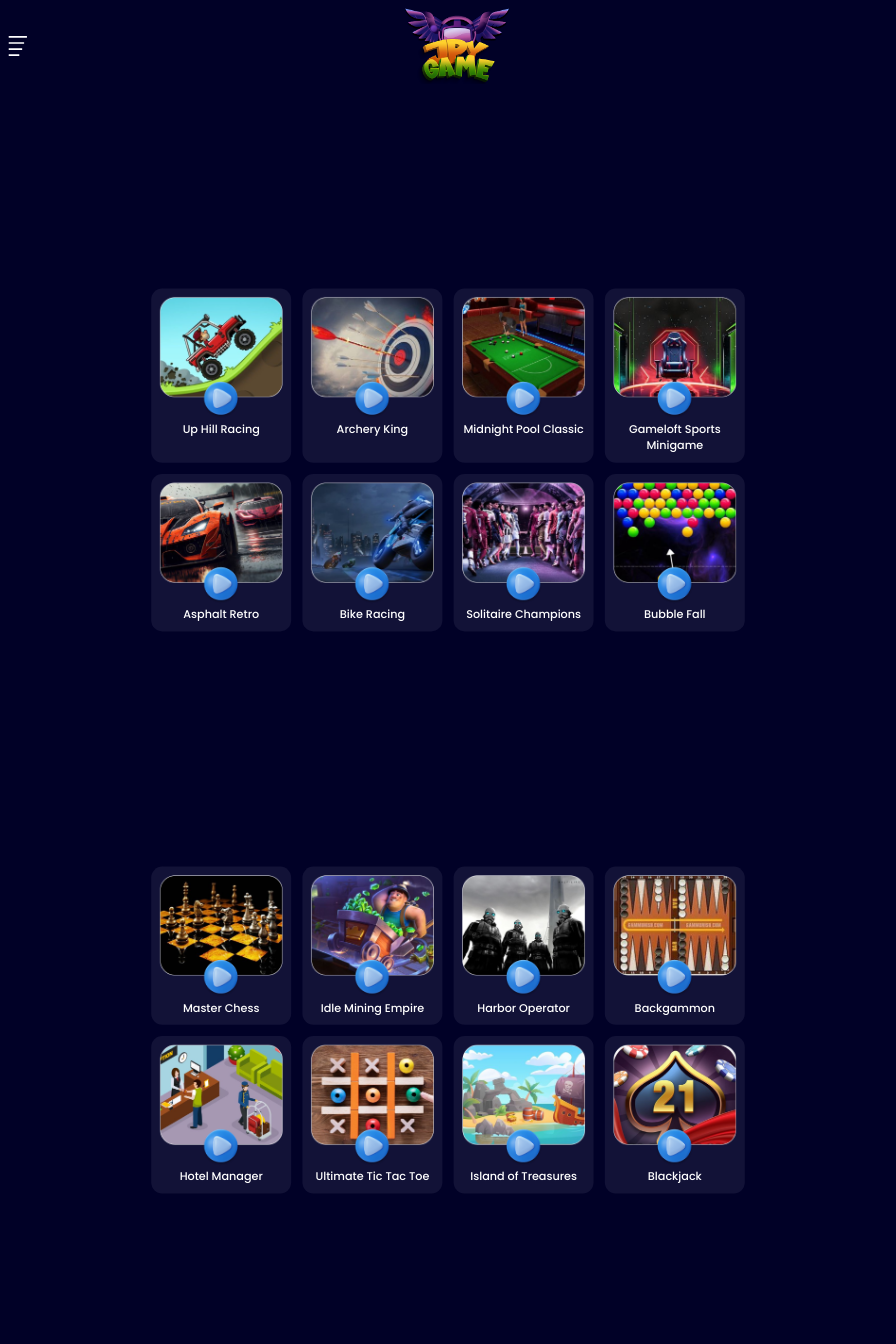
Repository: meenadabhii/jpygames.com
Page: http://localhost/
An editor plug-in stored every save of this project. The page is shown before and after the next save, followed by the edit.
The browser window is 1280 px wide. The pictures show the part of the page from y = 0 to 1920 px (the page is 7377 px tall before and 7329 px after), at 70% of full size.
Some web libraries are served in a nearby version. The page is served by the project's Node server (nodejs/app.js).

Above is the page before, as saved 2025-02-07 14:34:37.

### nodejs/views/home.ejs
<%- include('header') %>

<main class="max-w-[1024px] m-auto">
    <div class="px-3">
        <div class="px-2">

            <div id='div-gpt-ad-1720713994305-0' style='min-width: 336px; min-height: 280px;'>
                <script>
                  googletag.cmd.push(function() { googletag.display('div-gpt-ad-1720713994305-0'); });
                </script>
            </div>

            <div class="flex flex-wrap justify-center gap-4 pb-10">
                <% for (let i = 0; i < games.length; i++) {
                    const element = games[i];
                    %>
                    <div class="p-3 bg-[#121237] rounded-2xl max-w-[150px] sm:max-w-[200px]">
                        <img src="<%- element.img %>" alt="" class="rounded-xl w-full" loading="lazy">
                        <a href="/game/<%- element.slug %>">
                            <img src="./image/play_button.png" alt="" class="w-[60px] m-auto mt-[-25px]">
                        </a>
                        <div class="text-center text-[#ffffff] font-medium"><%- element.name %></div>
                    </div>
                    <%
                    if(i == 7){
                        %>
                        <div class="p-3 w-full">
                            <div id='div-gpt-ad-1720714168712-0' style='min-width: 336px; min-height: 280px;'>
                                <script>
                                    googletag.cmd.push(function() { googletag.display('div-gpt-ad-1720714168712-0'); });
                                </script>
                            </div>
                        </div>
                        <%
                    }
                    if(i == 15){
                        %>
                        <div class="p-3 w-full">
                            <div id='div-gpt-ad-1720714228348-0' style='min-width: 336px; min-height: 280px;'>
                                <script>
                                    googletag.cmd.push(function() { googletag.display('div-gpt-ad-1720714228348-0'); });
                                </script>
                            </div>
                        </div>
                        <%
                    }
                    if(i == 23){
                        %>
                        <div class="p-3 w-full">
                            <div id='div-gpt-ad-1720714287596-0' style='min-width: 336px; min-height: 280px;'>
                                <script>
                                    googletag.cmd.push(function() { googletag.display('div-gpt-ad-1720714287596-0'); });
                                </script>
                            </div>
                        </div>
                        <%
                    }
                    if(i == 31){
                        %>
                        <div class="p-3 w-full">
                            <div id='div-gpt-ad-1720714417761-0' style='min-width: 300px; min-height: 600px;'>
                                <script>
                                    googletag.cmd.push(function() { googletag.display('div-gpt-ad-1720714417761-0'); });
                                </script>
                            </div>
                        </div>
                        <%
                    }
                    if(i == 39){
                        %>
                        <div class="p-3 w-full">
                            <div id='div-gpt-ad-1720714467600-0' style='min-width: 300px; min-height: 600px;'>
                                <script>
                                    googletag.cmd.push(function() { googletag.display('div-gpt-ad-1720714467600-0'); });
                                </script>
                            </div>
                        </div>
                        <%
                    }
                } %>
            </div>
            <div id='div-gpt-ad-1720426313446-0' style='min-width: 300px; min-height: 600px;'>
                <script>
                    googletag.cmd.push(function() { googletag.display('div-gpt-ad-1720426313446-0'); });
                </script>
            </div>
        </div>
    </div>
</main>

<%- include('footer') %>

### nodejs/views/footer.ejs
<div id="loading-screen">
    <img src="/image/logo.png" alt="loding logo">
    <div class="spinner"></div>
</div>
<script>
    window.addEventListener('load', function(){
        const loadingScreen = document.getElementById('loading-screen');
        loadingScreen.classList.add('hidden');
    });
</script>
</body>
</html>

### nodejs/game.json
[
    {
        "slug":"up-hill-racing",
        "name":"Up Hill Racing",
        "img":"/image/uphillracing.png",
        "type":"sport",
        "url":"https://softgames.cdn.start.gg/9mw8rk6nb6kr/v2/index.html"
    },
    {
        "slug":"archery-king",
        "name":"Archery King",
        "img":"/image/archeryking.png",
        "type":"sport",
        "url":"https://codethislab.cdn.start.gg/9n5gkc4t7lzz/v19/index.html"
    },
    {
        "slug":"midnight-pool-classic",
        "name":"Midnight Pool Classic",
        "img":"/image/midnightpoolclassic.png",
        "type":"sport",
        "url":"https://poolrush.frvr.com/"
    },
    {
        "slug":"gameloft-sports-minigame",
        "name":"Gameloft Sports Minigame",
        "img":"/image/gameloftsportsminigame.png",
        "type":"action",
        "url":"https://cdn.ludigames.com/microsoft/start-gameloftSportsMinigameCollection/08-cdn/h5/gameloftSportsMinigameCollectionFree/play.html"
    },
    {
        "slug":"asphalt-retro",
        "name":"Asphalt Retro",
        "img":"/image/asphaltretro.png",
        "type":"sport",
        "url":"https://cdn.ludigames.com/microsoft/start-asphaltRetro/08-cdn/h5/asphaltRetroFree/"
    },
    {
        "slug":"bike-racing",
        "name":"Bike Racing",
        "img":"/image/bikeracing.png",
        "type":"sport",
        "url":"https://softgames.cdn.start.gg/9pjmwr3lfc0d/v5/index.html"
    },
    {
        "slug":"solitaire-champions",
        "name":"Solitaire Champions",
        "img":"/image/solitairechampions.png",
        "type":"sport",
        "url":"https://hammerplay.cdn.start.gg/9nf29519b076/v1/index.html"
    },
    {
        "slug":"bubble-fall",
        "name":"Bubble Fall",
        "img":"/image/bubblefall.png",
        "type":"arcade",
        "url":"https://html5.suncs.io/bubble-fall/msg/"
    },
    {
        "slug":"master-chess",
        "name":"Master Chess",
        "img":"/image/masterchess.png",
        "type":"arcade",
        "url":"https://codethislab.cdn.start.gg/9nrl2nj7l6s1/v6/index.html"
    },
    {
        "slug":"idle-mining-empire",
        "name":"Idle Mining Empire",
        "img":"/image/idleminingempire.png",
        "type":"action",
        "url":"https://marketjs.cdn.start.gg/9n3wz0fzx1hr/v27/index.html"
    },
    {
        "slug":"harbor-operator",
        "name":"Harbor Operator",
        "img":"/image/harboroperator.png",
        "type":"action",
        "url":"https://marketjs.cdn.start.gg/9pbd0qpb8kwz/v5/index.html"
    },
    {
        "slug":"backgammon",
        "name":"Backgammon",
        "img":"/image/backgammon.png",
        "type":"arcade",
        "url":"https://marketjs.cdn.start.gg/9n7mfxkl7w06/v5/index.html"
    },
    {
        "slug":"hotel-manager",
        "name":"Hotel Manager",
        "img":"/image/hotelmanager.png",
        "type":"arcade",
        "url":"https://codethislab.cdn.start.gg/9mt20fq1f5zj/v1/index.html"
    },
    {
        "slug":"ultimate-tic-tac-toe",
        "name":"Ultimate Tic Tac Toe",
        "img":"/image/ultimatetictactoe.png",
        "type":"arcade",
        "url":"https://codethislab.cdn.start.gg/9p4z7gtl3mlh/v9/index.html"
    },
    {
        "slug":"island-of-treasures",
        "name":"Island of Treasures",
        "img":"/image/islandoftreasures.png",
        "type":"action",
        "url":"https://hammerplay.cdn.start.gg/9pk306zzrpr5/v6/index.html"
    },
    {
        "slug":"blackjack",
        "name":"Blackjack",
        "img":"/image/blackjack.png",
        "type":"sport",
        "url":"https://codethislab.cdn.start.gg/9mt4hk2d6rcn/v1/index.html"
    },
    {
        "slug":"roulette-royale",
        "name":"Roulette Royale",
        "img":"/image/rouletteroyale.png",
        "type":"sport",
        "url":"https://codethislab.cdn.start.gg/9pmdqv93xn3r/v1/index.html"
    },
    {
        "slug":"mk48",
        "name":"Mk48",
        "img":"/image/mk48.png",
        "type":"action",
        "url":"https://microsoft.mk48.io/"
    },
    {
        "slug":"parking-block",
        "name":"Parking Block",
        "img":"/image/parking-block.png",
        "type":"sport",
        "url":"https://codethislab.cdn.start.gg/9mwhlgqzrsf2/v1/index.html"
    },
    {
        "slug":"code-bananas",
        "name":"Code Bananas",
        "img":"/image/code-bananas.png",
        "type":"action",
        "url":"https://marketjs.cdn.start.gg/9nt6qmtc0mnc/v3/index.html"
    },
    {
        "slug":"ball-drop",
        "name":"Ball Drop",
        "img":"/image/ball-drop.png",
        "type":"sport",
        "url":"https://marketjs.cdn.start.gg/9n5cr504q14r/v3/index.html"
    },
    {
        "slug":"stack-the-containers",
        "name":"Stack The Containers",
        "img":"/image/stack-the-containers.png",
        "type":"arcade",
        "url":"https://marketjs.cdn.start.gg/9pk2c9cd597r/v4/index.html"
    },
    {
        "slug":"secrets-of-charmland",
        "name":"Secrets of Charmland",
        "img":"/image/secrets-of-charmland.png",
        "type":"arcade",
        "url":"https://adventure.cleverappssg.com/publish/html5/msstart/"
    },
    {
        "slug":"stickman-brawl",
        "name":"Stickman Brawl",
        "img":"/image/stickman-brawl.png",
        "type":"arcade",
        "url":"https://marketjs.cdn.start.gg/9pmxzdnh0xcq/v9/index.html"
    },
    {
        "slug":"bricks-breaker-deluxe-crusher",
        "name":"Bricks Breaker Deluxe Crusher",
        "img":"/image/bricks-breaker-deluxe-crusher.png",
        "type":"arcade",
        "url":"https://playzool.com/games/bricksBreaker/"
    },
    {
        "slug":"planet-chaos",
        "name":"Planet Chaos",
        "img":"/image/planet-chaos.png",
        "type":"arcade",
        "url":"https://hammerplay.cdn.start.gg/9mtndqf7rjgg/v6/index.html"
    },
    {
        "slug":"sky-bridge-classic",
        "name":"Sky Bridge Classic",
        "img":"/image/sky-bridge-classic.png",
        "type":"arcade",
        "url":"https://cdn.ludigames.com/microsoft/start-skyBridge/09-cdn/h5/skyBridgeFree/"
    },
    {
        "slug":"jewel-academy",
        "name":"Jewel Academy",
        "img":"/image/jewel-academy.png",
        "type":"arcade",
        "url":"https://cdn.games.mobinozer.com/ext/msn/msn-jewel-academy/prod-msn/v7/"
    },
    {
        "slug":"tile-connect-master",
        "name":"Tile Connect Master",
        "img":"/image/tile-connect-master.png",
        "type":"arcade",
        "url":"https://tile-connect.sunfs.app/ms-games/"
    },
    {
        "slug":"4-pics-1-word",
        "name":"4 Pics 1 Word",
        "img":"/image/4-pics-1-word.png",
        "type":"arcade",
        "url":"https://start.4pics1word.app/"
    },
    {
        "slug":"candy-world-match3-mania",
        "name":"Candy World : match3 mania",
        "img":"/image/candy-world-match3-mania.png",
        "type":"arcade",
        "url":"https://playzool.com/games/candyWorldMM/"
    },
    {
        "slug":"spades",
        "name":"Spades",
        "img":"/image/spades.png",
        "type":"arcade",
        "url":"https://marketjs.cdn.start.gg/9n965bpl2zp1/v12/index.html"
    },
    {
        "slug":"candy-riddles-free-match-3-puzzle",
        "name":"Candy Riddles: Free Match 3 Puzzle",
        "img":"/image/candy-riddles-free-match-3-puzzle.png",
        "type":"arcade",
        "url":"https://riddles.labsystech.ru/publish/html5/msstart/"
    },
    {
        "slug":"fruit-chopper",
        "name":"Fruit Chopper",
        "img":"/image/fruit-chopper.png",
        "type":"arcade",
        "url":"https://hammerplay.cdn.start.gg/9n8wl40938mq/v1/index.html"
    },
    {
        "slug":"cricket-frvr",
        "name":"Cricket FRVR",
        "img":"/image/cricket-frvr.png",
        "type":"sport",
        "url":"https://cricket.frvr.com/"
    },
    {
        "slug":"rally-champion",
        "name":"Rally Champion",
        "img":"/image/rally-champion.png",
        "type":"sport",
        "url":"https://marketjs.cdn.start.gg/9pmdcq52j3hj/v1/index.html"
    },
    {
        "slug":"master-chess",
        "name":"Master Chess",
        "img":"/image/master-chess.png",
        "type":"arcade",
        "url":"https://codethislab.cdn.start.gg/9nrl2nj7l6s1/v12/index.html"
    },
    {
        "slug":"hunter-hitman",
        "name":"Hunter Hitman",
        "img":"/image/hunter-hitman.png",
        "type":"action",
        "url":"https://marketjs.cdn.start.gg/9n8bq7npxbfw/v9/index.html"
    },
    {
        "slug":"penalty-challenge-multiplayer",
        "name":"Penalty Challenge Multiplayer",
        "img":"/image/penalty-challenge-multiplayer.png",
        "type":"sport",
        "url":"https://codethislab.cdn.start.gg/9pm59hcfhbjx/v6/index.html"
    },
    {
        "slug":"bubbles",
        "name":"Bubbles",
        "img":"/image/bubbles.png",
        "type":"arcade",
        "url":"https://cdn.games.mobinozer.com/ext/msn/msn-bubbles/prod/v1/"
    },
    {
        "slug":"kite-play",
        "name":"Kite Play",
        "img":"/image/kite-play.png",
        "type":"action",
        "url":"https://cdn.ludigames.com/microsoft/start-kite/06-cdn/h5/kiteFree/play.html"
    },
    {
        "slug":"idle-hotel-empire",
        "name":"Idle Hotel Empire",
        "img":"/image/idle-hotel-empire.png",
        "type":"arcade",
        "url":"https://marketjs.cdn.start.gg/9n4rmz09hx1v/v7/index.html"
    },
    {
        "slug":"blockbuster-adventures-puzzle",
        "name":"BlockBuster: Adventures Puzzle",
        "img":"/image/blockbuster-adventures-puzzle.png",
        "type":"arcade",
        "url":"https://woodenblock.cleverappssg.com/publish/html5/msstart/"
    },
    {
        "slug":"ludo-classic-a-dice-game",
        "name":"Ludo classic : a dice game",
        "img":"/image/ludo-classic-a-dice-game.png",
        "type":"arcade",
        "url":"https://playzool.com/games/ludoClassicADG/"
    },
    {
        "slug":"basketball-all-stars",
        "name":"Basketball All Stars",
        "img":"/image/basketball-all-stars.png",
        "type":"sport",
        "url":"https://softgames.cdn.start.gg/9ndkp76s2h24/v10/index.html"
    },
    {
        "slug":"designville",
        "name":"Designville",
        "img":"/image/designville.png",
        "type":"arcade",
        "url":"https://ms-start.designville-merge.g.tapclap.com/"
    },
    {
        "slug":"darts-pro",
        "name":"Darts Pro",
        "img":"/image/darts-pro.png",
        "type":"sport",
        "url":"https://codethislab.cdn.start.gg/9n3n198l6zpj/v3/index.html"
    },
    {
        "slug":"pinball-basketball",
        "name":"Pinball Basketball",
        "img":"/image/pinball-basketball.png",
        "type":"sport",
        "url":"https://marketjs.cdn.start.gg/9n4wl4c46knl/v1/index.html"
    },
    {
        "slug":"midnight-pool-classic",
        "name":"Midnight Pool Classic",
        "img":"/image/midnight-pool-classic.png",
        "type":"sport",
        "url":"https://cdn.ludigames.com/microsoft/start-midnightPoolClassic/09-cdn/h5/midnightPoolClassicFree/"
    },
    {
        "slug":"dinosaurs-merge-master",
        "name":"Dinosaurs Merge Master",
        "img":"/image/dinosaurs-merge-master.png",
        "type":"action",
        "url":"https://dinosaurs-merge-master.sunfs.app/ms-games/"
    },
    {
        "slug":"drift-boss",
        "name":"Drift Boss",
        "img":"/image/drift-boss.png",
        "type":"action",
        "url":"https://marketjs.cdn.start.gg/9p4mrh7g580x/v10/index.html"
    },
    {
        "slug":"santa-parkour",
        "name":"Santa Parkour",
        "img":"/image/santa-parkour.png",
        "type":"arcade",
        "url":"https://marketjs.cdn.start.gg/9n7c9gz12jtz/v4/index.html"
    },
    {
        "slug":"rachel-holmes-find-differences",
        "name":"Rachel Holmes: find differences",
        "img":"/image/rachel-holmes-find-differences.png",
        "type":"arcade",
        "url":"https://differences.cleverappssg.com/publish/html5/msstart/"
    },
    {
        "slug":"liquid-puzzle-sort-the-colors",
        "name":"Liquid puzzle: sort the colors",
        "img":"/image/liquid-puzzle-sort-the-colors.png",
        "type":"arcade",
        "url":"https://playzool.com/games/liquidPuzzleSTC/"
    },
    {
        "slug":"puzzle-daily",
        "name":"Puzzle Daily",
        "img":"/image/puzzle-daily.png",
        "type":"arcade",
        "url":"https://puzzleplayz.us/g/tcap?domain=msngames.tribunecontentagency.com"
    },
    {
        "slug":"wood-block-puzzle",
        "name":"Wood Block Puzzle",
        "img":"/image/wood-block-puzzle.png",
        "type":"arcade",
        "url":"https://softgames.cdn.start.gg/9n81bzp5knxp/v10/index.html"
    },
    {
        "slug":"monopoly-sudoku",
        "name":"Monopoly Sudoku",
        "img":"/image/monopoly-sudoku.png",
        "type":"arcade",
        "url":"https://cdn.games.mobinozer.com/ext/monopoly_sudoku_microsoft/prod/3.1.3-0/"
    },
    {
        "slug":"solitaire-mahjong-juicy",
        "name":"Solitaire Mahjong Juicy",
        "img":"/image/solitaire-mahjong-juicy.png",
        "type":"arcade",
        "url":"https://softgames.cdn.start.gg/9pnq8c4vgsnr/v5/index.html"
    },
    {
        "slug":"merge-alphabet",
        "name":"Merge Alphabet",
        "img":"/image/merge-alphabet.png",
        "type":"arcade",
        "url":"https://marketjs.cdn.start.gg/9p46mtb82zkh/v19/index.html"
    },
    {
        "slug":"classic-nonogram",
        "name":"Classic Nonogram",
        "img":"/image/classic-nonogram.png",
        "type":"arcade",
        "url":"https://codethislab.cdn.start.gg/9np2059nr3db/v24/index.html"
    },
    {
        "slug":"ultimate-sudoku",
        "name":"Ultimate Sudoku",
        "img":"/image/ultimate-sudoku.png",
        "type":"arcade",
        "url":"https://codethislab.cdn.start.gg/9nkxp0kxmpdz/v1/index.html"
    },
    {
        "slug":"kubok-999",
        "name":"Kubok 999",
        "img":"/image/kubok-999.png",
        "type":"arcade",
        "url":"https://kubok.it/games/kubok-999/index-70.html"
    },
    {
        "slug":"lights",
        "name":"lights",
        "img":"/image/lights.png",
        "type":"arcade",
        "url":"https://codethislab.cdn.start.gg/9nkbwk7x5858/v1/index.html"
    },
    {
        "slug":"parking-panic",
        "name":"Parking panic",
        "img":"/image/parking-panic.png",
        "type":"arcade",
        "url":"https://playzool.com/games/parkingPanic/"
    }
]

Loaded but not shown: nodejs/app.js (47 lines, source omitted); nodejs/views/header.ejs (128 lines, source omitted)

After the next save:
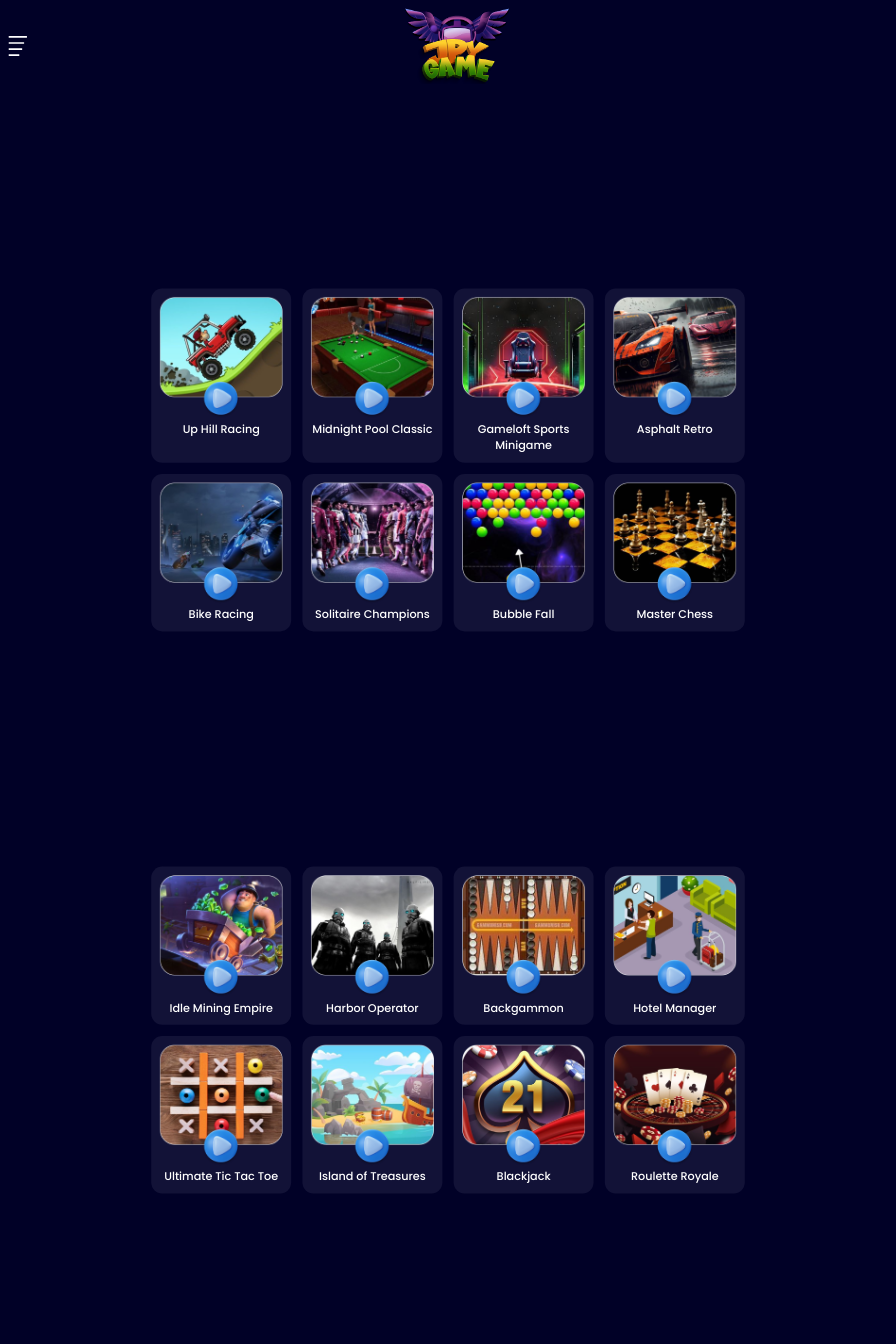
Saved 11 s later.
--- a/nodejs/game.json
+++ b/nodejs/game.json
@@ -6,13 +6,7 @@
         "type":"sport",
         "url":"https://softgames.cdn.start.gg/9mw8rk6nb6kr/v2/index.html"
     },
-    {
-        "slug":"archery-king",
-        "name":"Archery King",
-        "img":"/image/archeryking.png",
-        "type":"sport",
-        "url":"https://codethislab.cdn.start.gg/9n5gkc4t7lzz/v19/index.html"
-    },
+
     {
         "slug":"midnight-pool-classic",
         "name":"Midnight Pool Classic",
